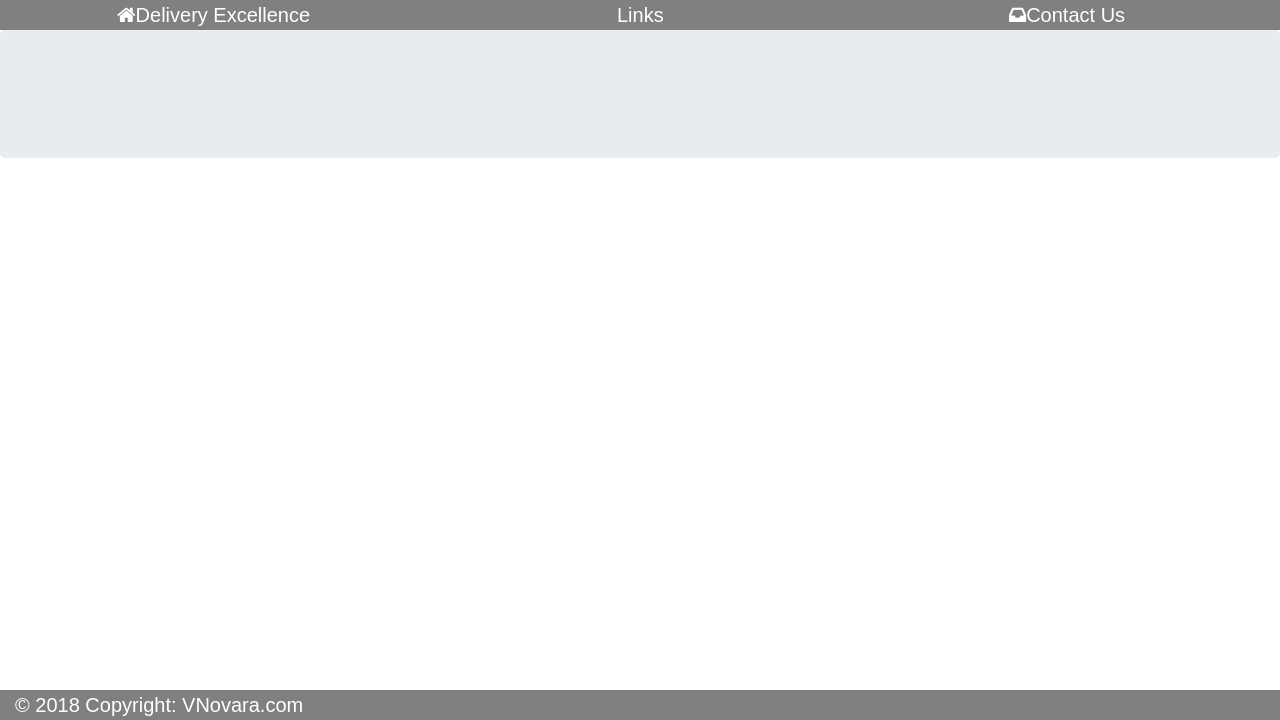
Repository: valenovi76/DeliveryExcellence
Page: index.html
The author's editor kept a record of every edit. The page is drawn from the files as they stood at one moment, then again after the next edit.
The browser window is 1280 px wide. The pictures show the whole page.

Above is the page before.

### index.html
<!DOCTYPE html>
<html lang="en">
<head>
    <meta charset="UTF-8">
    <meta name="viewport" content="width=device-width, initial-scale=1.0">
    <meta http-equiv="X-UA-Compatible" content="ie=edge">
    <link rel="stylesheet" href="https://stackpath.bootstrapcdn.com/bootstrap/4.3.1/css/bootstrap.min.css" integrity="sha384-ggOyR0iXCbMQv3Xipma34MD+dH/1fQ784/j6cY/iJTQUOhcWr7x9JvoRxT2MZw1T" crossorigin="anonymous">
    <link rel="stylesheet" href="https://stackpath.bootstrapcdn.com/font-awesome/4.7.0/css/font-awesome.min.css" type="text/css" />
    <link rel="stylesheet" href="https://cdnjs.cloudflare.com/ajax/libs/hover.css/2.3.1/css/hover-min.css" type="text/css" />
    <link rel="stylesheet" href="./assets/style.css" type="text/css" />
    <title>Document</title>
</head>
<body>
    <header>
        <div class="container-fluid">
            <div class= "row">
                <div class="col-sm home">
                    <a href="index.html" class="hvr-sweep-to-bottom"><i class="fa fa-home" aria-hidden="true"></i><span>Delivery Excellence</span></a>
                </div>
                <div class="col-sm links">
                    <a href="#" class="hvr-sweep-to-bottom"><i class="fas fa-grip-lines" aria-hidden="true"></i><span>Links</span></a>
                </div>
                <div class="col-sm contact">
                    <a href="#" class="hvr-sweep-to-bottom"><i class="fa fa-inbox" aria-hidden="true"></i><span>Contact Us</span></a>
                </div>
            </div>
        </div>
    </header>
    <section>

         <!-- Parallax 1-->


      <div class="jumbotron paral paralsec1">

      </div>




    </section>

    <footer class="container-fluid font-small blue fixed-bottom">
                <div class="footer-copyright">
                    <a href="https://mdbootstrap.com/education/bootstrap/"> © 2018 Copyright: VNovara.com</a>
                </div>
    </footer>



</body>
</html>

### assets/style.css
/*----------------------------Header-----------------------*/

header{
    background-color:grey;
}
.col-sm {
    text-align:center;
}

a{
    font-family: "Fjalla Ona", sans-serif;
    font-weight: 100;
    font-size: 20px;
    color:white;
    text-align: center;
}

 a:hover {
  color: grey;
  text-decoration: none;
 }

.fa-grip-lines{
    color:#fafafa;
}


/*----------------------------Footer-----------------------*/

footer{
    background-color: grey;
    margin:0;
    padding:0;
}

After the next edit:
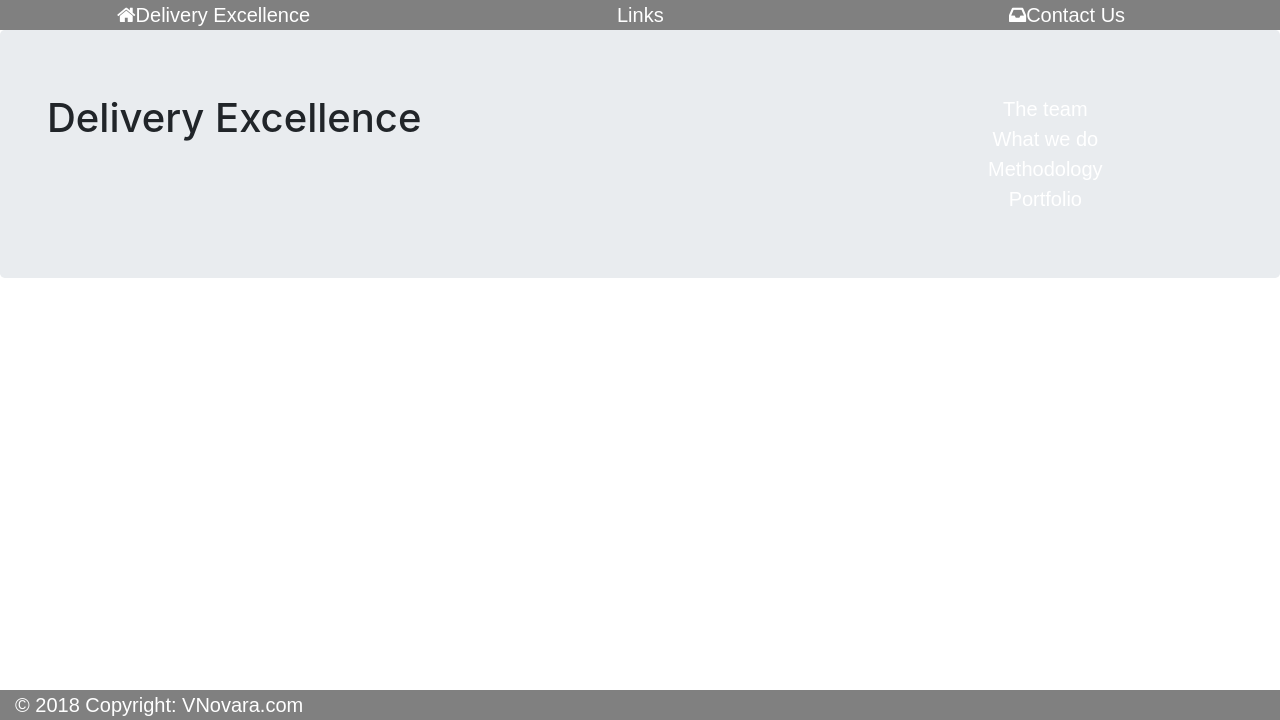
The edit:
--- a/index.html
+++ b/index.html
@@ -32,7 +32,22 @@
 
 
       <div class="jumbotron paral paralsec1">
+          <div class="container-fluid">
+              <div class="row">
+                  <div class="col-8">
+                      <h1 class "main_title">Delivery Excellence</h1>
+                  </div>
 
+                  <div class="col-4">
+                          <nav class="nav flex-column" "text-justify">
+    					  <a class="nav-link-who-we-are" href="who_we_are.html" target="_blank"><span>The team</span></a>
+    					  <a class="nav-link-what-we-do" href="what_we_do.html" target="_blank"><span>What we do</span></a>
+    					  <a class="nav-link-how-we-do-it" href="how_we_do_it.html" target="_blank"><span>Methodology</span></a>
+    					  <a class="nav-link-portfolio" href="portfolio.html" target="_blank"><span>Portfolio</span></a>
+                      </nav>
+                  </div>
+              </div>
+          </div>
       </div>
 
 
